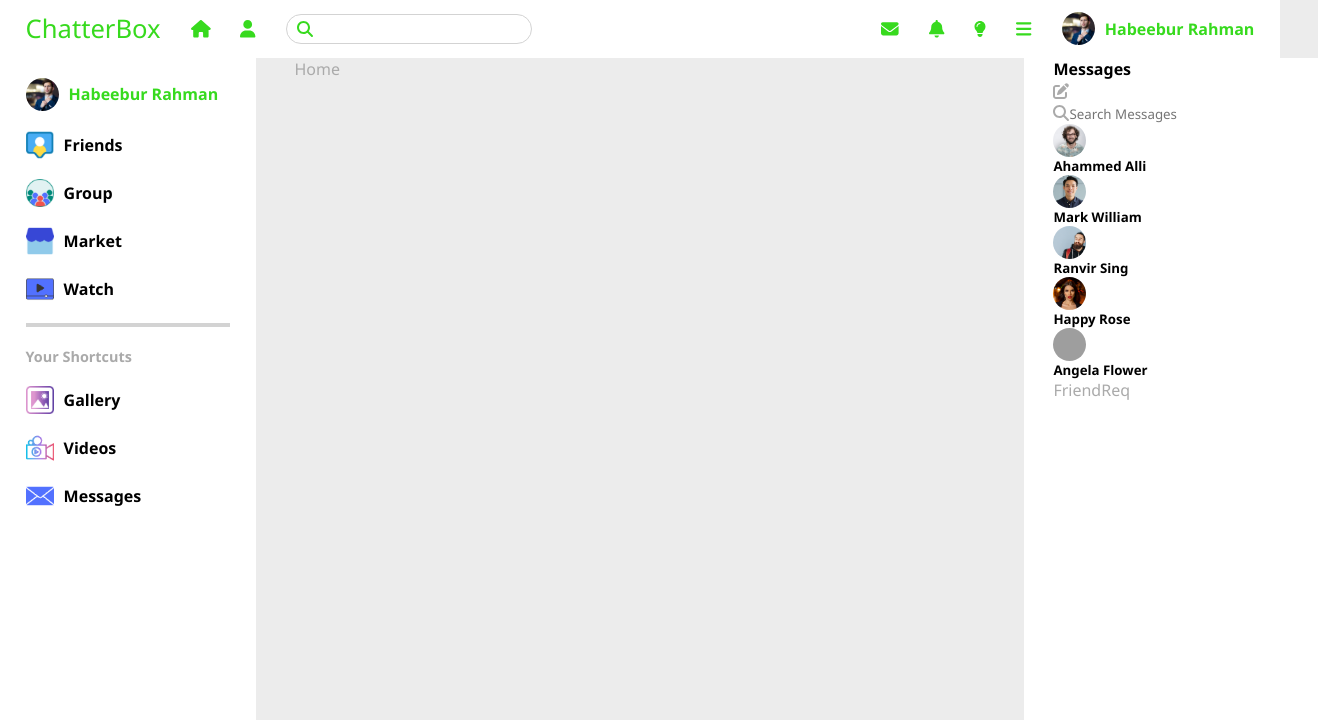
Repository: Habeebur1493/social-media-app
Page: /
The author's editor kept a copy of each file at every save. The page is drawn from the files as they stood at one save, then again after the next save.
The browser window is 1280 px wide. The page is 1318 px wide, so the pictures cover 1318 px, including what lies to the right of the window. The pictures show the whole page.
Pictures or frames that could not be fetched are drawn as grey boxes. The project was rebuilt for these pictures with package versions that can differ from the ones it lists, and the page was loaded fresh each time. Also part of the build but not shown: vite.config.js, src/pages/login/login.css, src/pages/login/Login.jsx, src/pages/signup/signup.css, src/pages/signup/Signup.jsx, src/pages/profile/Profile.jsx, src/pages/chatbox/Chatbox.jsx, src/components/message/message.css.

Above is the page before, as saved 2025-01-29 11:31:14.

After the next save:
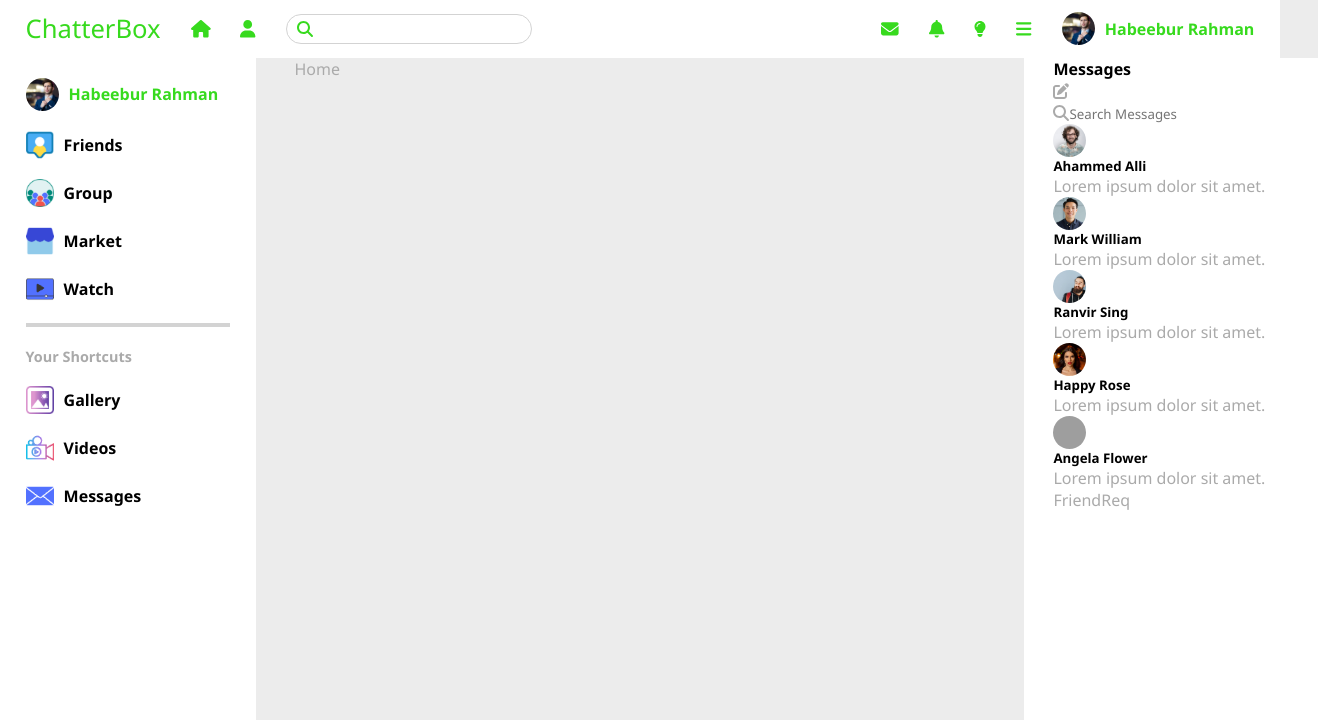
Saved 40 s later.
--- a/src/components/message/Message.jsx
+++ b/src/components/message/Message.jsx
@@ -35,6 +35,7 @@ export default function Message() {
               </div>
               <div className="message-body">
                 <h5>{message.name}</h5>
+                <p>{message.mText}</p>
               </div>
             </div>
           </Link>
